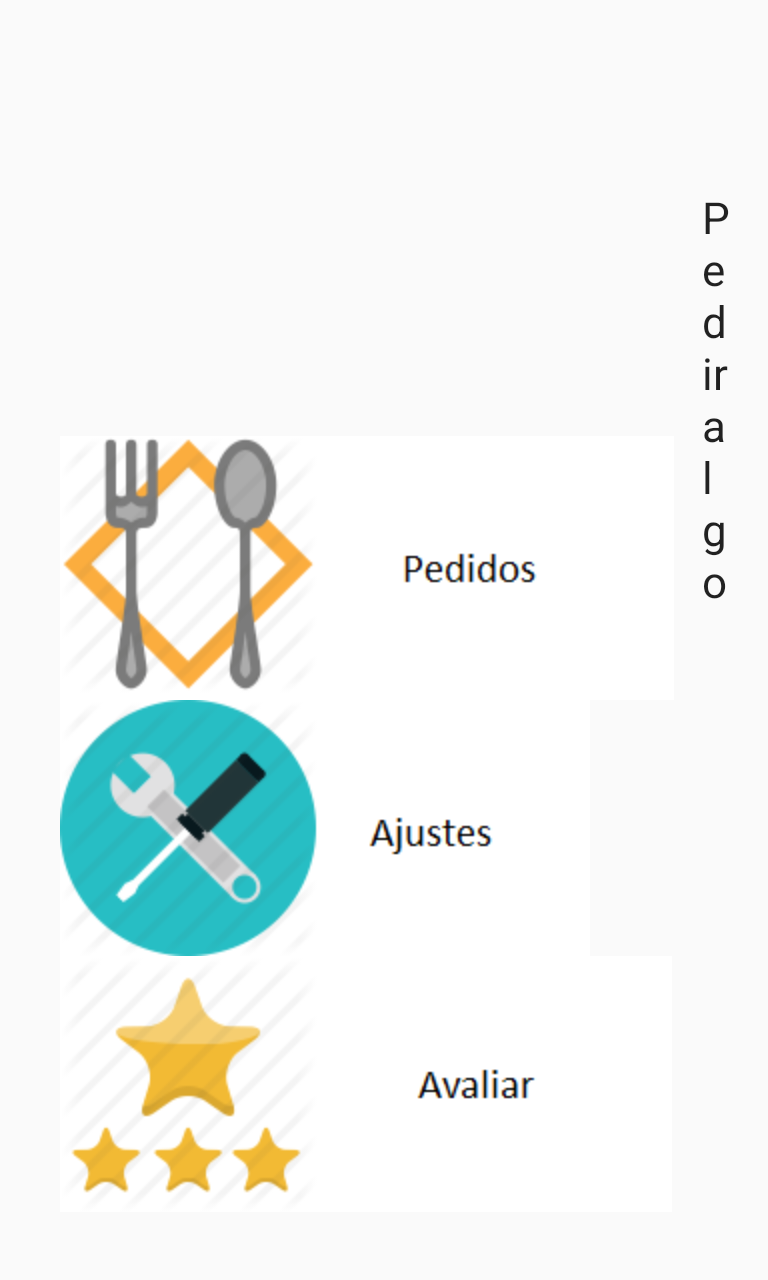
Repository: anzileiro/iot-mobilecup
Layout: iCinema/res/layout/activity_home.xml
The author's editor kept a copy of each file at every save. The layout is drawn from the files as they stood at one save, then again after the next save.
It is drawn on a 768 x 1280 px phone screen (xhdpi) without system bars, with theme AppTheme; the app's code is not run.

Above is the layout before, as saved 2014-10-28 19:22:13.

### iCinema/res/layout/activity_home.xml
<RelativeLayout xmlns:android="http://schemas.android.com/apk/res/android"
    xmlns:tools="http://schemas.android.com/tools"
    android:layout_width="match_parent"
    android:layout_height="match_parent"
    android:paddingBottom="@dimen/activity_vertical_margin"
    android:paddingLeft="@dimen/activity_horizontal_margin"
    android:paddingRight="@dimen/activity_horizontal_margin"
    android:paddingTop="@dimen/activity_vertical_margin"
    tools:context="com.fiap.icinema.HomeActivity" >

    <ImageView
        android:id="@+id/imageView2"
        android:layout_width="wrap_content"
        android:layout_height="wrap_content"
        android:layout_above="@+id/imageView1"
        android:layout_alignParentLeft="true"
        android:layout_marginLeft="14dp"
        android:src="@drawable/menu" />

    <ImageView
        android:id="@+id/imageView1"
        android:layout_width="wrap_content"
        android:layout_height="wrap_content"
        android:layout_above="@+id/imageView3"
        android:layout_alignLeft="@+id/imageView2"
        android:src="@drawable/control" />

    <ImageView
        android:id="@+id/imageView3"
        android:layout_width="wrap_content"
        android:layout_height="wrap_content"
        android:layout_alignLeft="@+id/imageView1"
        android:layout_alignParentBottom="true"
        android:layout_marginBottom="18dp"
        android:src="@drawable/ranking" />

    <TextView
        android:id="@+id/textView1"
        android:layout_width="wrap_content"
        android:layout_height="wrap_content"
        android:layout_alignBottom="@+id/imageView2"
        android:layout_marginBottom="45dp"
        android:layout_marginLeft="14dp"
        android:layout_toRightOf="@+id/imageView2"
        android:text="Pedir algo"
        android:textAppearance="?android:attr/textAppearanceLarge" />

</RelativeLayout>

Loaded but not shown: iCinema/res/values/styles.xml (common file); iCinema/res/values-v11/styles.xml (common file); iCinema/res/values-v14/styles.xml (common file); iCinema/res/values/dimens.xml (common file); iCinema/res/values-w820dp/dimens.xml (common file)

After the next save:
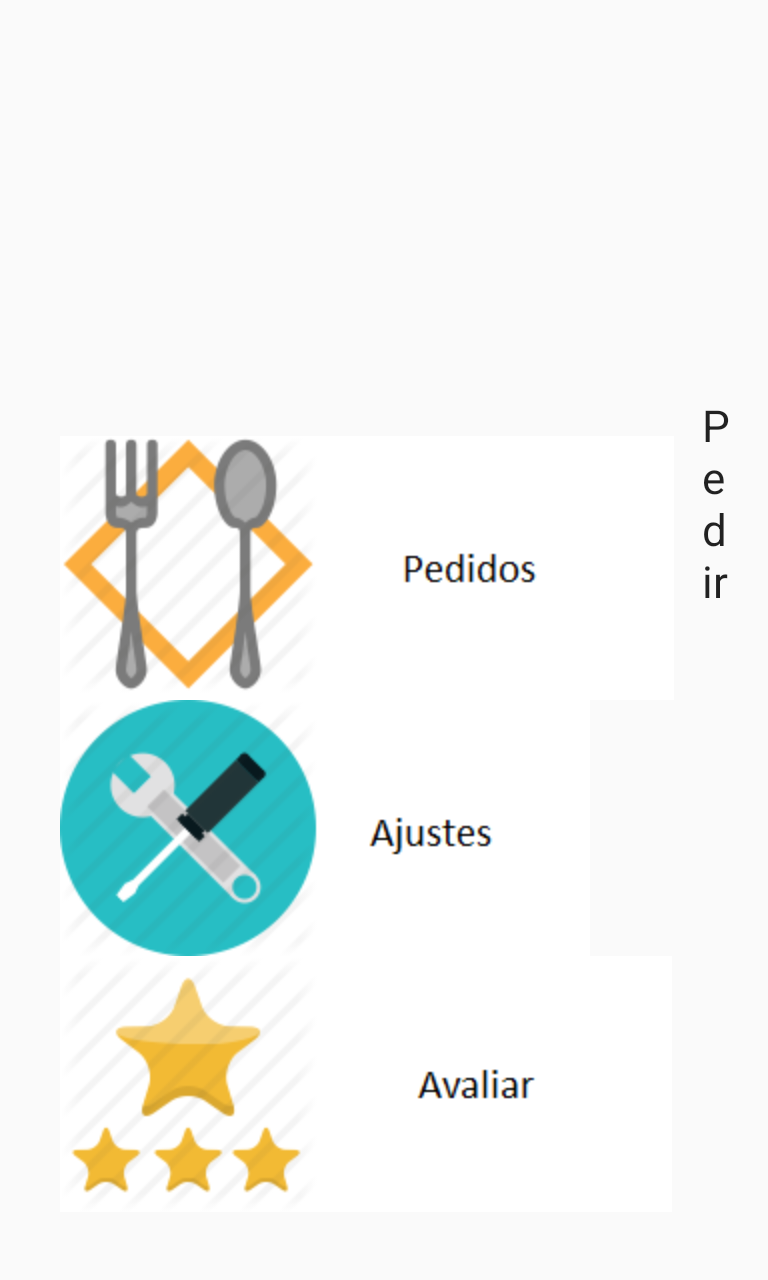
Saved 10 s later.
--- a/iCinema/res/layout/activity_home.xml
+++ b/iCinema/res/layout/activity_home.xml
@@ -42,7 +42,7 @@
         android:layout_marginBottom="45dp"
         android:layout_marginLeft="14dp"
         android:layout_toRightOf="@+id/imageView2"
-        android:text="Pedir algo"
+        android:text="Pedir"
         android:textAppearance="?android:attr/textAppearanceLarge" />
 
 </RelativeLayout>
